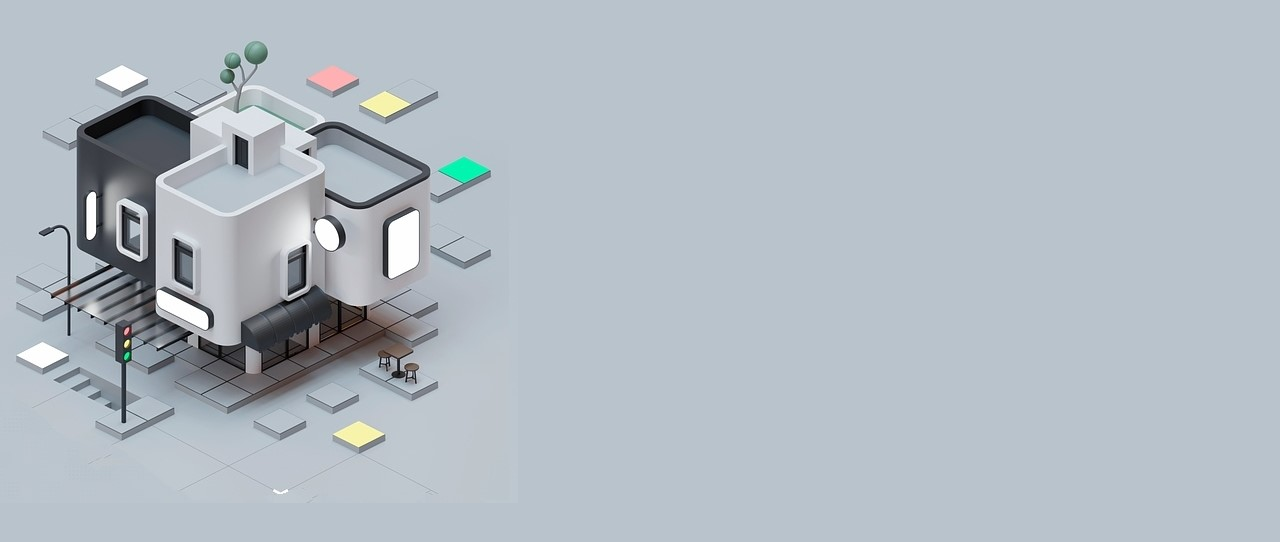
Repository: Aayush919/taskui
Page: index.html
These files come from the project's save history. The page is drawn as it stood at one moment and after a run of saves; the edit follows.
The browser window is 1280 px wide. The pictures show the whole page.

Above is the page before, as saved 2024-01-12 12:21:24.

### index.html
<!doctype html>
<html lang="en">

<head>
    <meta charset="utf-8">
    <meta name="viewport" content="width=device-width, initial-scale=1">
    <title>Bootstrap demo</title>
    <link href="https://cdn.jsdelivr.net/npm/bootstrap@5.3.2/dist/css/bootstrap.min.css" rel="stylesheet"
        integrity="sha384-T3c6CoIi6uLrA9TneNEoa7RxnatzjcDSCmG1MXxSR1GAsXEV/Dwwykc2MPK8M2HN" crossorigin="anonymous">
        <link rel="stylesheet" href="style.css">
</head>

<body>



    <div class="custom-bg">
        <img src="./bg.jpg" alt="">
    </div>

    <script src="https://cdn.jsdelivr.net/npm/bootstrap@5.3.2/dist/js/bootstrap.bundle.min.js"
        integrity="sha384-C6RzsynM9kWDrMNeT87bh95OGNyZPhcTNXj1NW7RuBCsyN/o0jlpcV8Qyq46cDfL"
        crossorigin="anonymous"></script>
</body>

</html>

<!-- -->

### style.css
*{
margin: 0;
padding: 0;
box-sizing: border-box;
}


html,body{
    height: 100%;
    width: 100%;

}

.custom-bg{
    background-color:#B9C3CC;
    height: 100%;
    width: 100%;

}


.custom-bg img{
    position: absolute;
    left: 0px;
}

After the next 2 saves:
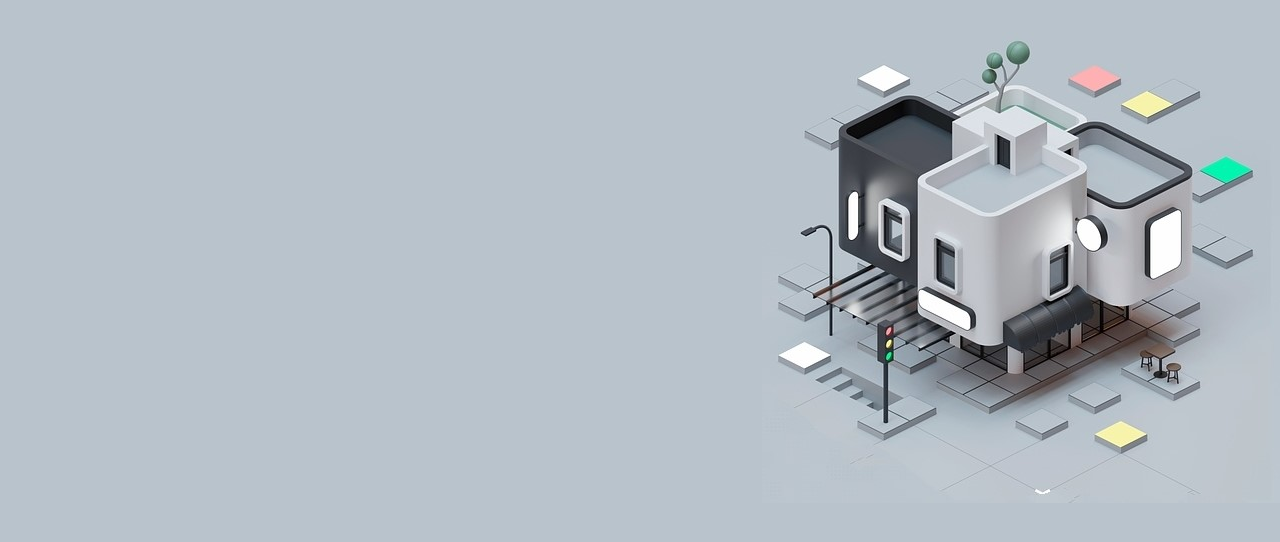
The 2 saves are shown as one change because they came seconds apart.
The last was saved 11 s later.
--- a/style.css
+++ b/style.css
@@ -21,5 +21,5 @@ html,body{
 
 .custom-bg img{
     position: absolute;
-    left: 0px;
+    right: 0px;
 }
